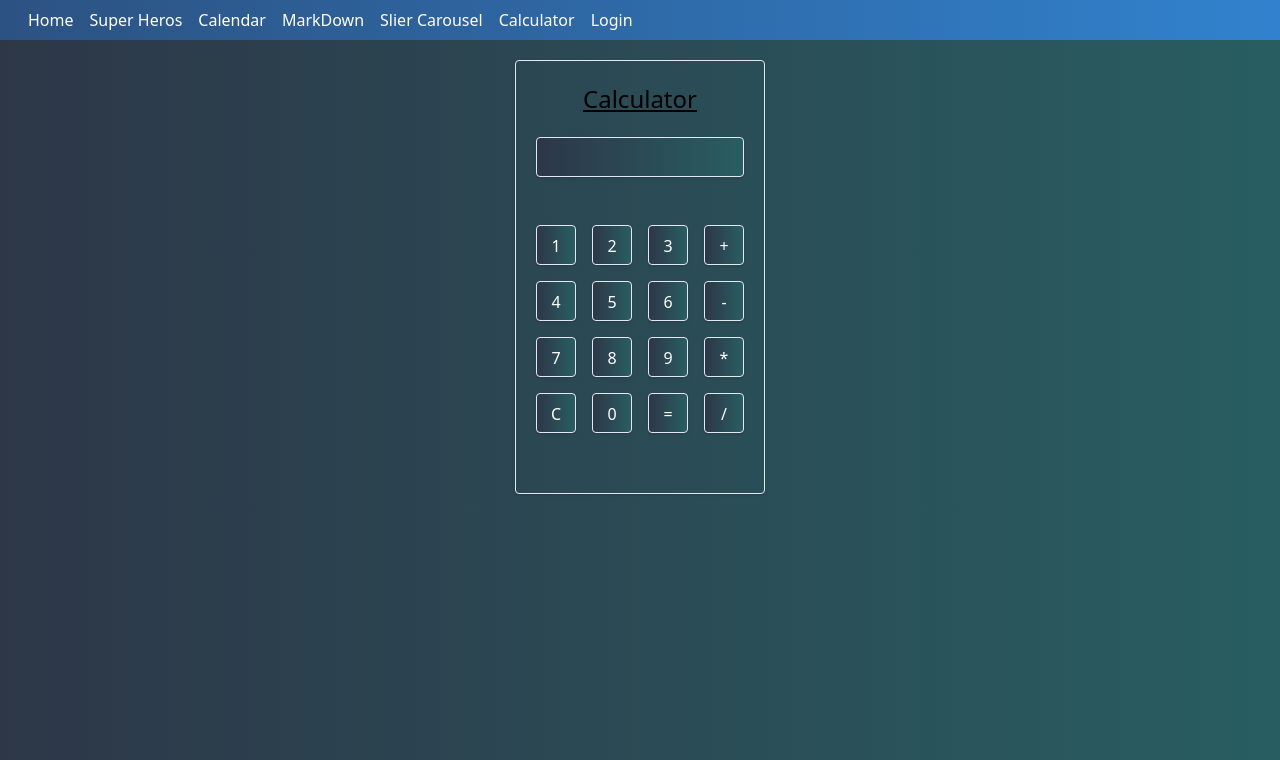
Repository: kshvkndl/VueFullCoursePractice
Page: /calculator
An editor plug-in stored every save of this project. The page is shown before and after the next save, followed by the edit.
The browser window is 1280 px wide. The pictures show the whole page.
The project was rebuilt for these pictures with package versions that can differ from the ones it lists, and the page was loaded fresh each time. Also part of the build but not shown: src/components/login/GoogleLogin.vue, src/components/LoginModal.vue, src/pages/SuperHeros.vue, src/pages/Calender.vue, src/pages/Home.vue, src/utilities/mixins/debounce.js, src/pages/MarkDown.vue, src/pages/Slider.vue.

Above is the page before, as saved 2020-11-24 17:25:13.

After the next save:
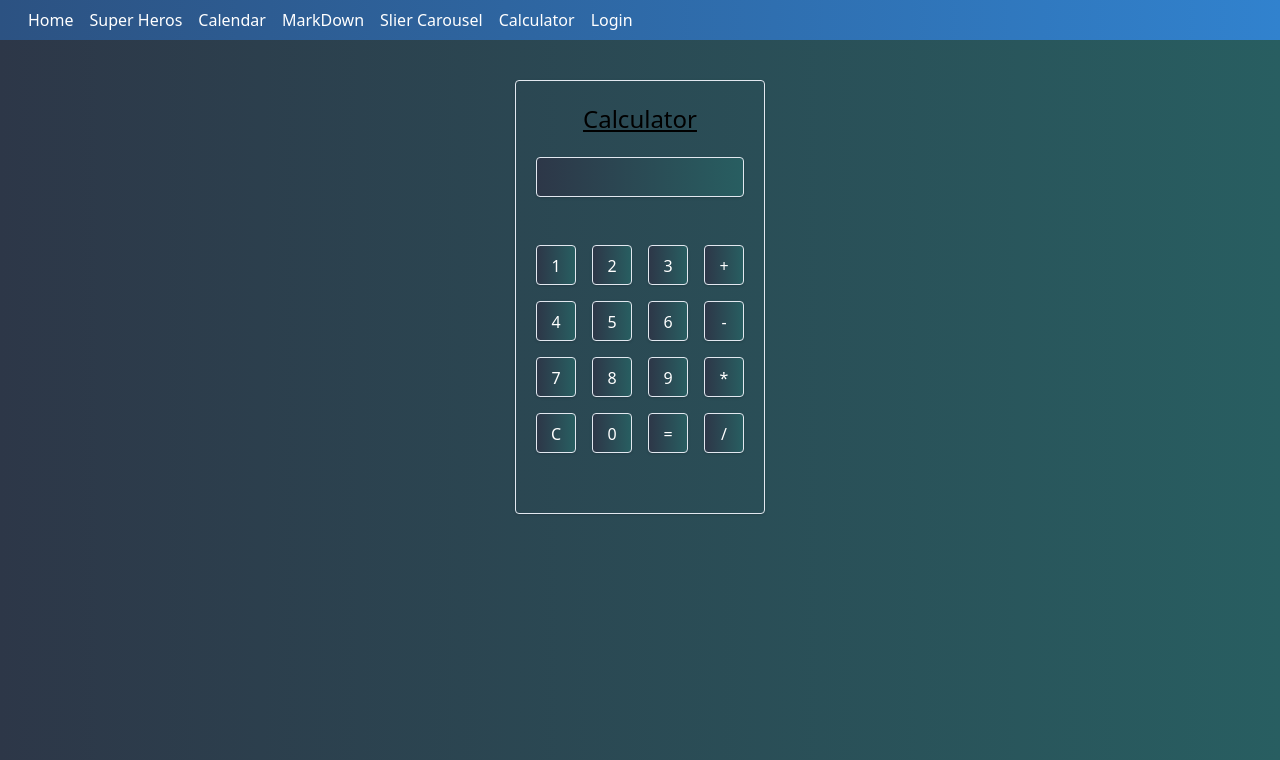
Saved 20 s later.
--- a/src/pages/Calculator.vue
+++ b/src/pages/Calculator.vue
@@ -1,6 +1,6 @@
 <template>
   <section
-    class="flex w-full h-screen bg-gradient-to-r from-gray-800 to-teal-800"
+    class="pt-5 flex w-full h-screen bg-gradient-to-r from-gray-800 to-teal-800"
   >
     <div class="m-auto border rounded shadow p-5 mt-5">
       <h1 class="text-2xl text-center"><u>Calculator</u></h1>

After the save that followed:
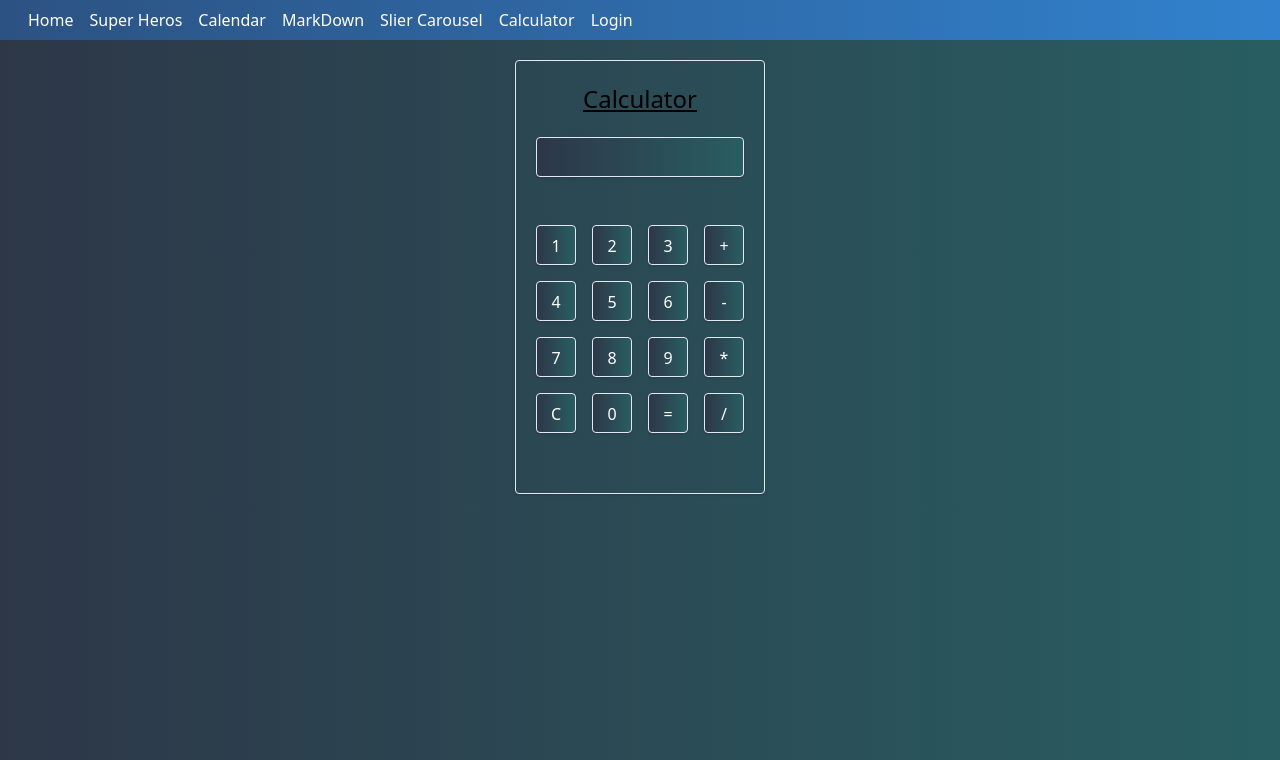
Saved 8 s later.
--- a/src/pages/Calculator.vue
+++ b/src/pages/Calculator.vue
@@ -1,6 +1,6 @@
 <template>
   <section
-    class="pt-5 flex w-full h-screen bg-gradient-to-r from-gray-800 to-teal-800"
+    class="mx-auto flex w-full h-screen bg-gradient-to-r from-gray-800 to-teal-800"
   >
     <div class="m-auto border rounded shadow p-5 mt-5">
       <h1 class="text-2xl text-center"><u>Calculator</u></h1>
